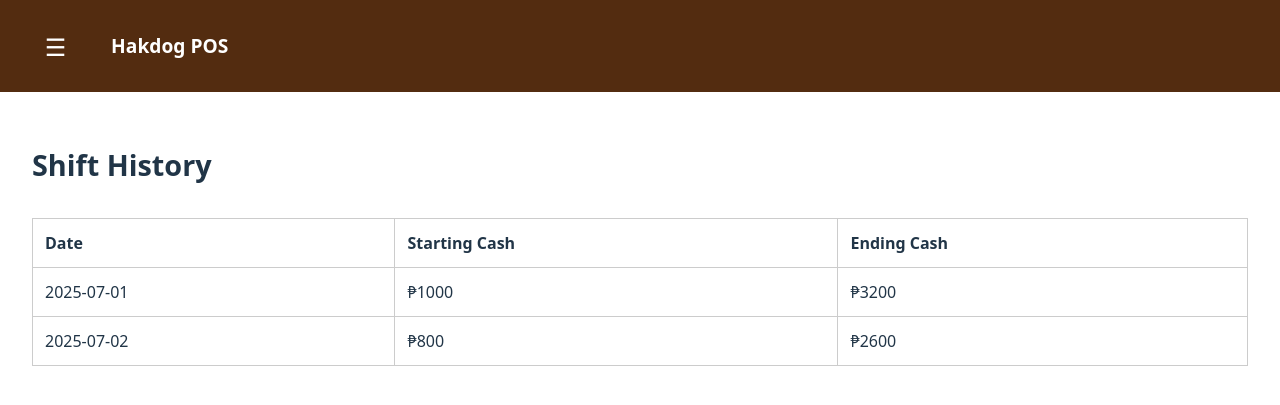
Repository: iEstebanx/quscina
Page: /shift
These files come from the project's save history. The page is drawn as it stood at one moment and after the next save; the edit follows.
The browser window is 1280 px wide. The pictures show the whole page.
The project was rebuilt for these pictures with package versions that can differ from the ones it lists, and the page was loaded fresh each time. Also part of the build but not shown: vite.config.js, src/layouts/EmptyLayout.module.css, src/layouts/EmptyLayout.jsx, src/pages/Login/Login.module.css, src/pages/Login/LoginPage.jsx, src/components/Guards/RequireShift.jsx, src/pages/Menu/Menu.module.css, src/pages/Menu/MenuPage.jsx and 7 more.

Above is the page before, as saved 2025-07-19 22:38:07.

### src/index.css
:root {
  font-family: system-ui, Avenir, Helvetica, Arial, sans-serif;
  line-height: 1.5;
  font-weight: 400;

  color-scheme: light dark;
  color: rgba(255, 255, 255, 0.87);
  background-color: #242424;

  font-synthesis: none;
  text-rendering: optimizeLegibility;
  -webkit-font-smoothing: antialiased;
  -moz-osx-font-smoothing: grayscale;
}

a {
  color: inherit;
  text-decoration: none;
}
a:hover {
  color: #535bf2;
}

body {
  margin: 0;
  padding: 0;
  box-sizing: border-box;
  min-width: 320px;
  min-height: 100vh;
}

ul {
  list-style: none;
  margin: 0;
  padding: 0;
}

/* Button styling override */
button {
  border-radius: 8px;
  border: 1px solid transparent;
  padding: 0.6em 1.2em;
  font-size: 1em;
  font-weight: 500;
  font-family: inherit;
  background-color: #1a1a1a;
  cursor: pointer;
  transition: border-color 0.25s;
}
button:hover {
  border-color: #646cff;
}
button:focus,
button:focus-visible {
  outline: 4px auto -webkit-focus-ring-color;
}

/* .menu-layout {
  display: flex;
  height: 100vh;
  overflow: hidden;
}

.menu-layout > * {
  height: 100%;
}

.sidebar-categories {
  width: 180px;
  background-color: #4b2a1a;
  color: white;
  flex-shrink: 0;
}

.cart {
  width: 280px;
  background-color: #6b3b1f;
  color: white;
  flex-shrink: 0;
}

.food-grid {
  flex-grow: 1;
  background: white;
  padding: 1rem;
  display: grid;
  grid-template-columns: repeat(auto-fill, minmax(150px, 1fr));
  gap: 1rem;
  overflow-y: auto;
} */


@media (prefers-color-scheme: light) {
  :root {
    color: #213547;
    background-color: #ffffff;
  }

  a:hover {
    color: #747bff;
  }

  button {
    background-color: #f9f9f9;
  }
}

### src/App.jsx
import { BrowserRouter } from 'react-router-dom';
import AppRoutes from './routes/AppRoutes';
import { AuthProvider } from './context/AuthContext';
import { ShiftProvider } from './context/ShiftContext';
import { CartProvider } from './context/CartContext';

function App() {
  return (
    <BrowserRouter>
      <AuthProvider>
        <ShiftProvider>
          <CartProvider>
            <AppRoutes />
          </CartProvider>
        </ShiftProvider>
      </AuthProvider>
    </BrowserRouter>
  );
}

export default App;

### src/routes/AppRoutes.jsx
import { Routes, Route } from 'react-router-dom';
import MainLayout from '../layouts/MainLayout';
import EmptyLayout from '../layouts/EmptyLayout';

import LoginPage from '../pages/Login/LoginPage';
import RequireShift from '../components/guards/RequireShift';
import MenuPage from '../pages/Menu/MenuPage';
import ReceiptsPage from '../pages/Receipts/ReceiptsPage';
import ShiftPage from '../pages/Shift/ShiftPage';
import ShiftHistoryPage from '../pages/Shift/ShiftHistoryPage'; // ✅ Add this line
import RefundPage from '../pages/Refund/RefundPage';
import NotFound from '../pages/NotFound';

const AppRoutes = () => {
  return (
    <Routes>
      {/* Public */}
      <Route element={<EmptyLayout />}>
        <Route path="/" element={<LoginPage />} />
      </Route>

      <Route element={<MainLayout />}>
        <Route path="/shift" element={<ShiftPage />} />
        <Route path="/shift/history" element={<ShiftHistoryPage />} />

        {/* Only allow access to MenuPage if shift is open */}
        <Route
          path="/menu"
          element={
            <RequireShift>
              <MenuPage />
            </RequireShift>
          }
        />

        <Route path="/receipts" element={<ReceiptsPage />} />
        <Route path="/refund" element={<RefundPage />} />
      </Route>

      {/* Fallback */}
      <Route path="*" element={<NotFound />} />
    </Routes>
  );
};

export default AppRoutes;

### src/context/AuthContext.jsx
import { createContext, useContext, useState } from 'react';

const AuthContext = createContext();

export function AuthProvider({ children }) {
  const [user, setUser] = useState(null);

  const login = (userData) => setUser(userData);
  const logout = () => setUser(null);

  return (
    <AuthContext.Provider value={{ user, login, logout, isLoggedIn: !!user }}>
      {children}
    </AuthContext.Provider>
  );
}

export function useAuth() {
  return useContext(AuthContext);
}

### src/context/ShiftContext.jsx
import { createContext, useContext, useState } from 'react';

export const ShiftContext = createContext();

export function ShiftProvider({ children }) {
  const [shift, setShift] = useState({
    isOpen: false,
    startAmount: 0,
  });

  const openShift = (amount) => setShift({ isOpen: true, startAmount: amount });
  const closeShift = () => setShift({ isOpen: false, startAmount: 0 });

  return (
    <ShiftContext.Provider value={{ shift, openShift, closeShift }}>
      {children}
    </ShiftContext.Provider>
  );
}

export function useShift() {
  return useContext(ShiftContext);
}

### src/context/CartContext.jsx
import { createContext, useContext, useState } from 'react';

const CartContext = createContext();

export function CartProvider({ children }) {
  const [items, setItems] = useState([]);

  const addItem = (item) => {
    setItems((prev) => {
      const exists = prev.find((i) => i.id === item.id);
      if (exists) {
        return prev.map((i) =>
          i.id === item.id ? { ...i, quantity: i.quantity + 1 } : i
        );
      }
      return [...prev, { ...item, quantity: 1 }];
    });
  };

  const removeItem = (id) => {
    setItems((prev) => prev.filter((i) => i.id !== id));
  };

  const clearCart = () => setItems([]);

  const total = items.reduce((acc, item) => acc + item.price * item.quantity, 0);

  return (
    <CartContext.Provider value={{ items, addItem, removeItem, clearCart, total }}>
      {children}
    </CartContext.Provider>
  );
}

export function useCart() {
  return useContext(CartContext);
}

### src/layouts/MainLayout.jsx
// src/layouts/MainLayout.jsx
import { Outlet } from 'react-router-dom';
import Header from '../components/Header/Header';

const MainLayout = () => {
  return (
    <>
      <Header />
      <main>
        <Outlet /> {/* This renders MenuPage, ReceiptsPage, etc. */}
      </main>
    </>
  );
};

export default MainLayout;

### src/pages/Shift/ShiftPage.jsx
// src/pages/Shift/ShiftHistoryPage.jsx
import styles from './Shift.module.css';

const ShiftPage = () => {
  // For now, we’ll mock some history data
  const mockShifts = [
    { id: 1, date: '2025-07-01', cashStart: 1000, cashEnd: 3200 },
    { id: 2, date: '2025-07-02', cashStart: 800, cashEnd: 2600 },
  ];

  return (
    <div className={styles.container}>
      <h1 className={styles.title}>Shift History</h1>
      <table className={styles.table}>
        <thead>
          <tr>
            <th>Date</th>
            <th>Starting Cash</th>
            <th>Ending Cash</th>
          </tr>
        </thead>
        <tbody>
          {mockShifts.map((shift) => (
            <tr key={shift.id}>
              <td>{shift.date}</td>
              <td>₱{shift.cashStart}</td>
              <td>₱{shift.cashEnd}</td>
            </tr>
          ))}
        </tbody>
      </table>
    </div>
  );
};

export default ShiftPage;

### src/components/Header/Header.jsx
import styles from '../Header/Header.module.css';
import { useState } from 'react'

function Header() {
  const [isOpen, setIsOpen] = useState(false);

  return (
    <>
      <header className={styles.topHeader}>
        <button className={styles.hamburger} onClick={() => setIsOpen(true)}>
          ☰
        </button>
        <h1 className={styles.brand}>Hakdog POS</h1>
      </header>

      {isOpen && (
        <div className={styles.overlay} onClick={() => setIsOpen(false)}></div>
      )}

      <aside className={`${styles.sidebar} ${isOpen ? styles.sidebarOpen : ''}`}>
        <nav className={styles.menu}>
          <div className={styles.profile}>
            <div className={styles.name}>Harley Reginald</div>
            <div className={styles.id}>20250005</div>
            <div className={styles.role}>Cashier</div>
          </div>

          <ul className={styles.navLinks}>
            <li><a href="#">🛒 Sales</a></li>
            <li><a href="#">📄 Receipt</a></li>
            <li><a href="#">⏱️ Shift</a></li>
          </ul>

          <div className={styles.logout}>
            <a href="#">🔓 Logout</a>
          </div>
        </nav>
      </aside>
    </>
  );
}

export default Header

### src/pages/Shift/Shift.module.css
/* src/pages/Shift/Shift.module.css */
.container {
  padding: 2rem;
}

.title {
  font-size: 1.8rem;
  margin-bottom: 0.5rem;
}

.desc {
  font-size: 1rem;
  color: gray;
  margin-bottom: 1.5rem;
}

.openButton {
  padding: 0.75rem 1.25rem;
  background-color: #007aff;
  color: white;
  border: none;
  border-radius: 8px;
  cursor: pointer;
}

.table {
  width: 100%;
  border-collapse: collapse;
  margin-top: 2rem;
}

.table th, .table td {
  border: 1px solid #ccc;
  padding: 0.75rem;
  text-align: left;
}

### src/components/Header/Header.module.css
.topHeader {
  display: flex;
  align-items: center;
  background: #532c10;
  color: white;
  padding: 1rem;
  height: 60px;
}

.hamburger {
  background: none;
  color: white;
  font-size: 1.5rem;
  border: none;
  cursor: pointer;
  margin-right: 1rem;
}

.brand {
  font-size: 1.2rem;
}

.sidebar {
  position: fixed;
  top: 0;
  left: 0;
  transform: translateX(-100%);
  width: 250px;
  height: 100vh;
  background: #532c10;
  color: white;
  padding: 1rem;
  transition: transform 0.3s ease;
  z-index: 1000;
}

.sidebarOpen {
  transform: translateX(0);
}

.menu {
  display: flex;
  flex-direction: column;
  height: 100%;
}

.profile {
  margin-bottom: 2rem;
  border-bottom: 1px solid #744121;
  padding-bottom: 1rem;
}

.name {
  font-weight: bold;
  font-size: 1.1rem;
}

.id,
.role {
  font-size: 0.9rem;
  color: #ccc;
}

.navLinks {
  list-style: none;
  padding: 0;
  margin: 0;
  flex-grow: 1;
}

.navLinks li {
  margin: 1rem 0;
}

.navLinks a {
  color: white;
  text-decoration: none;
  font-size: 1rem;
  display: block;
  padding: 0.5rem 0;
}

.navLinks a:hover {
  background: #744121;
  padding-left: 10px;
  border-radius: 5px;
}

.logout {
  margin-top: auto;
  border-top: 1px solid #744121;
  padding-top: 1rem;
}

.logout a {
  color: white;
  text-decoration: none;
  font-weight: bold;
}

.logout a:hover {
  color: #ffb347;
}

.overlay {
  position: fixed;
  top: 0;
  left: 0;
  width: 100vw;
  height: 100vh;
  background: rgba(0, 0, 0, 0.4);
  z-index: 999;
}

Loaded but not shown: index.html (common file); src/main.jsx (common file)

After the next save:
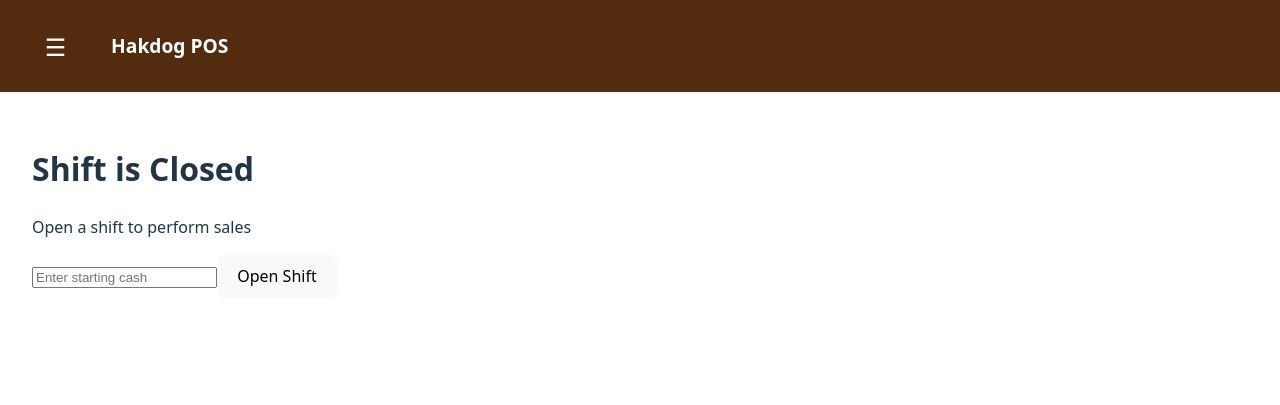
Saved 87 s later.
--- a/src/pages/Shift/ShiftPage.jsx
+++ b/src/pages/Shift/ShiftPage.jsx
@@ -1,34 +1,36 @@
-// src/pages/Shift/ShiftHistoryPage.jsx
+// src/pages/Shift/ShiftPage.jsx
+import { useShift } from '../../context/ShiftContext';
+import { useState } from 'react';
 import styles from './Shift.module.css';
 
 const ShiftPage = () => {
-  // For now, we’ll mock some history data
-  const mockShifts = [
-    { id: 1, date: '2025-07-01', cashStart: 1000, cashEnd: 3200 },
-    { id: 2, date: '2025-07-02', cashStart: 800, cashEnd: 2600 },
-  ];
+  const { shift, openShift } = useShift();
+  const [amount, setAmount] = useState('');
+
+  const handleOpenShift = () => {
+    const numeric = parseFloat(amount);
+    if (!isNaN(numeric) && numeric >= 0) {
+      openShift(numeric);
+    }
+  };
 
   return (
     <div className={styles.container}>
-      <h1 className={styles.title}>Shift History</h1>
-      <table className={styles.table}>
-        <thead>
-          <tr>
-            <th>Date</th>
-            <th>Starting Cash</th>
-            <th>Ending Cash</th>
-          </tr>
-        </thead>
-        <tbody>
-          {mockShifts.map((shift) => (
-            <tr key={shift.id}>
-              <td>{shift.date}</td>
-              <td>₱{shift.cashStart}</td>
-              <td>₱{shift.cashEnd}</td>
-            </tr>
-          ))}
-        </tbody>
-      </table>
+      {shift.isOpen ? (
+        <h2>Shift is already open!</h2>
+      ) : (
+        <div className={styles.shiftBox}>
+          <h1>Shift is Closed</h1>
+          <p>Open a shift to perform sales</p>
+          <input
+            type="number"
+            placeholder="Enter starting cash"
+            value={amount}
+            onChange={(e) => setAmount(e.target.value)}
+          />
+          <button onClick={handleOpenShift}>Open Shift</button>
+        </div>
+      )}
     </div>
   );
 };
